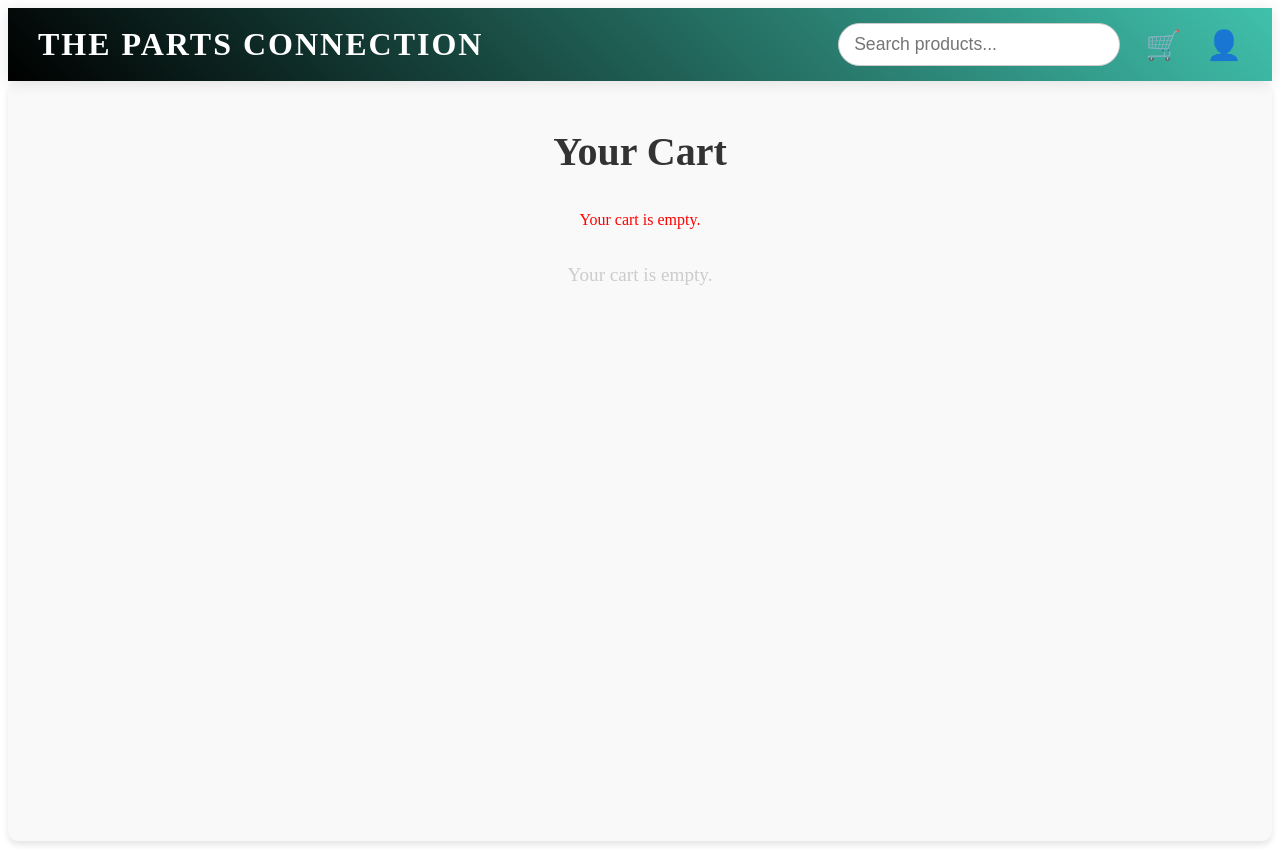
Repository: KalebMalone/The-parts-connection
Page: /cart (app in client/)
These files come from the project's save history. The page is drawn as it stood at one moment and after the next save; the edit follows.
The browser window is 1280 px wide. The pictures show the whole page.
The project was rebuilt for these pictures with package versions that can differ from the ones it lists, and the page was loaded fresh each time. Also part of the build but not shown: client/src/components/pages/Home.js, client/src/components/category/CategoriesList.jsx, client/src/components/category/CategoryDetails.jsx, client/src/components/category/CategoryProducts.jsx, client/src/components/products/ProductsCard.jsx, client/src/components/products/ProductsContainer.jsx, client/src/components/products/ProductsList.jsx, client/src/components/products/ProductsDetails.jsx and 2 more.

Above is the page before, as saved 2025-01-02 23:13:51.

### client/src/routes/index.js
import { createBrowserRouter } from 'react-router-dom';
import Home from '../components/pages/Home';
import CategoriesList from '../components/category/CategoriesList';
import CategoryDetails from '../components/category/CategoryDetails';
import CategoryProducts from '../components/category/CategoryProducts';
import ProductsList from '../components/products/ProductsList';
import ProductDetails from '../components/products/ProductsDetails';
import App from '../App';
import Profile from '../components/users/profile';
import Registration from '../components/auth/Registration';
import Cart from '../components/cart/Cart';

export const router = createBrowserRouter([
    {
        path: "/",
        element: <App />,
        children: [
            {
                index: true,
                element: <Home />,
            },
            {
                path: "categories",
                element: <CategoriesList />,
            },
            {
                path: "categories/:categoryId",
                element: <CategoryDetails />,
            },
            {
                path: "categories/:categoryId/products",
                element: <CategoryProducts />,
            },
            {
                path: "search",
                element: <ProductsList />,
            },
            {
                path: "products/:productId",
                element: <ProductDetails />,
            },
            {
                path: "profile",
                element: <Profile />,
            },
            {
                path: "signup",
                element: <Registration />,
            },
            {
                path: "cart",
                element: <Cart />,
            },
        ],
    },
]);

### client/src/App.js
import React, { useState, useEffect } from 'react';
import { CartProvider } from './contexts/CartContext';
import Header from './components/navigation/Header';
import { Toaster } from 'react-hot-toast';
import { Outlet } from 'react-router-dom';

function App() {
  const [currentUser, setCurrentUser] = useState(null);


  useEffect(() => {
    const savedUser = localStorage.getItem('currentUser');
    if (savedUser) {
      setCurrentUser(JSON.parse(savedUser));
    }
  }, []);

  const updateUser = (value) => {
    setCurrentUser(value);
    if (value) {
      localStorage.setItem('currentUser', JSON.stringify(value));
    } else {
      localStorage.removeItem('currentUser');
    }
  };

  return (
    <CartProvider>
      <Header currentUser={currentUser} updateUser={updateUser} />
      <Toaster />
      <Outlet context={{ currentUser, updateUser }} />
    </CartProvider>
  );
}

export default App;

### client/src/components/cart/Cart.jsx
import React, { useEffect, useState } from 'react';
import { useCart } from '../../contexts/CartContext';
import styled from 'styled-components';

const CartContainer = styled.div`
  display: flex;
  flex-direction: column;
  align-items: center;
  padding: 20px;
  background-color: #f9f9f9;
  min-height: 100vh;
  border-radius: 10px;
  box-shadow: 0 4px 6px rgba(0, 0, 0, 0.1);
`;

const CartTitle = styled.h1`
  font-size: 2.5rem;
  color: #333;
  margin-bottom: 20px;
`;

const CartCard = styled.div`
  background-color: white;
  border-radius: 8px;
  box-shadow: 0 4px 6px rgba(0, 0, 0, 0.1);
  margin-bottom: 20px;
  padding: 20px;
  width: 100%;
  max-width: 800px;
  display: flex;
  flex-direction: column;
`;

const CartItem = styled.div`
  display: flex;
  justify-content: space-between;
  align-items: center;
  padding: 15px 0;
  border-bottom: 1px solid #ddd;
`;

const CartItemName = styled.div`
  font-size: 1.2rem;
  color: #333;
  flex: 1;
`;

const CartItemPriceQuantityWrapper = styled.div`
  display: flex;
  justify-content: space-between;
  align-items: center;
`;

const CartItemPrice = styled.div`
  font-size: 1.2rem;
  color:rgb(255, 255, 255);
`;

const CartItemQuantity = styled.div`
  font-size: 1.2rem;
  color: #555;
`;

const RemoveButton = styled.button`
  padding: 5px 10px;
  font-size: 0.8rem;
  background-color: #e74c3c;
  color: white;
  border: none;
  border-radius: 4px;
  cursor: pointer;
  transition: background-color 0.3s;
  &:hover {
    background-color: #c0392b;
  }
`;

const TotalPrice = styled.div`
  font-size: 1.5rem;
  font-weight: bold;
  color: #333;
  margin-top: 20px;
  text-align: right;
`;

const CheckoutButton = styled.button`
  padding: 12px 30px;
  font-size: 1rem;
  background-color:rgb(64, 193, 172);
  color: white;
  border: none;
  border-radius: 6px;
  cursor: pointer;
  transition: background-color 0.3s;
  &:hover {
    background-color:rgb(64, 193, 172);
  }
`;

const EmptyCartMessage = styled.p`
  font-size: 1.2rem;
  color: #ccc;
  text-align: center;
`;

const Cart = () => {
  const { cartItems, removeFromCart, clearCart, totalPrice } = useCart();
  const [error, setError] = useState(null);
  const [success, setSuccess] = useState(false);

  const handleCheckout = async () => {
  };

  useEffect(() => {
    if (cartItems.length === 0) {
      setError('Your cart is empty.');
    }
  }, [cartItems]);

  return (
    <CartContainer>
      <CartTitle>Your Cart</CartTitle>
      {error && <p style={{ color: 'red' }}>{error}</p>}
      {success && <p style={{ color: 'green' }}>Order created successfully!</p>}
      {cartItems.length === 0 ? (
        <EmptyCartMessage>Your cart is empty.</EmptyCartMessage>
      ) : (
        <CartCard>
          {cartItems.map((item) => (
            <CartItem key={item.id}>
              <CartItemName>{item.name}</CartItemName>
              <CartItemPriceQuantityWrapper>
                <CartItemPrice>${item.price}</CartItemPrice>
                <CartItemQuantity>Qty: {item.quantity}</CartItemQuantity>
              </CartItemPriceQuantityWrapper>
              <RemoveButton onClick={() => removeFromCart(item.id)}>Remove</RemoveButton>
            </CartItem>
          ))}
          <TotalPrice>Total: ${totalPrice}</TotalPrice>
          <CheckoutButton onClick={handleCheckout}>Proceed to Checkout</CheckoutButton>
        </CartCard>
      )}
    </CartContainer>
  );
};

export default Cart;

### client/src/contexts/CartContext.js
import React, { createContext, useState, useEffect, useContext } from 'react';

const CartContext = createContext();

export const useCart = () => {
    return useContext(CartContext);
};

export const CartProvider = ({ children }) => {
    const [cartItems, setCartItems] = useState([]);
    const [totalPrice, setTotalPrice] = useState(0);

    useEffect(() => {
        const savedCart = localStorage.getItem('cartItems');
        if (savedCart) {
            setCartItems(JSON.parse(savedCart));
        }
    }, []);

    useEffect(() => {
        const calculatedTotalPrice = cartItems.reduce(
            (acc, item) => acc + item.price * item.quantity,
            0
        );
        setTotalPrice(calculatedTotalPrice);

        if (cartItems.length > 0) {
            localStorage.setItem('cartItems', JSON.stringify(cartItems));
        }
    }, [cartItems]);

    const addToCart = (item) => {
        setCartItems((prevCart) => {
            const existingItem = prevCart.find((i) => i.id === item.id);
            if (existingItem) {
                return prevCart.map((i) =>
                    i.id === item.id ? { ...i, quantity: i.quantity + 1 } : i
                );
            } else {
                return [...prevCart, { ...item, quantity: 1 }];
            }
        });
    };

    const removeFromCart = (itemId) => {
        setCartItems((prevCart) => prevCart.filter((item) => item.id !== itemId));
    };

    const clearCart = () => {
        setCartItems([]);
        localStorage.removeItem('cartItems');
    };

    return (
        <CartContext.Provider value={{ cartItems, addToCart, removeFromCart, clearCart, totalPrice }}>
            {children}
        </CartContext.Provider>
    );
};

### client/src/components/navigation/Header.js
import React, { useState } from 'react';
import { Link, useNavigate } from 'react-router-dom';
import styled from 'styled-components';

const Navbar = styled.nav`
  position: sticky; /* Make the navbar sticky */
  top: 0; /* Stick it to the top of the page */
  display: flex;
  justify-content: space-between;
  align-items: center;
  padding: 15px 30px;
  background: linear-gradient(45deg, rgb(0, 0, 0), rgb(64, 193, 172)); /* Gradient background */
  color: white;
  z-index: 1000; /* Ensure the navbar stays on top of other content */
  box-shadow: 0 2px 15px rgba(0, 0, 0, 0.1); /* Add a bolder shadow */
  transition: background 0.3s ease-in-out; /* Smooth transition for background */
`;

const Logo = styled(Link)`
  font-size: 2rem;
  font-weight: bold;
  color: white;
  text-decoration: none;
  letter-spacing: 2px;
  text-transform: uppercase;

  &:hover {
    color: rgb(64, 193, 172); /* Change color on hover */
    transform: scale(1.1); /* Slight zoom effect */
    transition: transform 0.3s ease, color 0.3s ease;
  }
`;

const NavLinks = styled.div`
  display: flex;
  align-items: center;
  gap: 25px;
`;

const Icon = styled(Link)`
  font-size: 1.8rem;
  cursor: pointer;
  transition: transform 0.3s ease, color 0.3s ease;
  text-decoration: none;
  color: white;

  &:hover {
    color: #ffeb3b; /* Icon color change on hover */
    transform: scale(1.2); /* Slight zoom effect */
  }
`;

const SearchBar = styled.input`
  padding: 10px 15px;
  font-size: 1.1rem;
  border-radius: 50px;
  border: 1px solid #ccc;
  width: 250px;
  transition: border-color 0.3s ease, box-shadow 0.3s ease;
  outline: none;

  &:focus {
    border-color: #ffeb3b; /* Focus border color */
    box-shadow: 0 0 5px rgba(255, 235, 59, 0.7); /* Glow effect on focus */
  }
`;

const LogoutButton = styled.button`
  padding: 8px 15px; /* Reduced padding */
  font-size: 1rem; /* Slightly smaller font size */
  background-color: #e74c3c;
  color: white;
  border: none;
  border-radius: 50px;
  cursor: pointer;
  transition: background-color 0.3s ease, transform 0.3s ease;
  text-transform: uppercase;

  &:hover {
    background-color: #c0392b;
    transform: scale(1.05);
  }

  &:focus {
    outline: none;
  }
`;

const Header = ({ currentUser, updateUser }) => {
  const [searchQuery, setSearchQuery] = useState('');
  const navigate = useNavigate();

  const handleSearchChange = (e) => {
    setSearchQuery(e.target.value);
  };

  const handleLogout = () => {
    localStorage.removeItem('currentUser');
    updateUser(null);
    navigate('/');
  };

  const handleProfileClick = () => {
    if (currentUser) {
      navigate('/profile');
    } else {
      navigate('/signup');
    }
  };

  return (
    <Navbar>
      <Logo to="/">The Parts Connection</Logo>
      <NavLinks>
        <SearchBar
          type="text"
          placeholder="Search products..."
          value={searchQuery}
          onChange={handleSearchChange}
        />
        <Icon to="/cart">🛒</Icon>
        <Icon as="div" onClick={handleProfileClick}>👤</Icon>
        {currentUser && <LogoutButton onClick={handleLogout}>Logout</LogoutButton>}
      </NavLinks>
    </Navbar>
  );
};


export default Header;

Loaded but not shown: client/public/index.html (common file); client/src/index.js (common file)

After the next save:
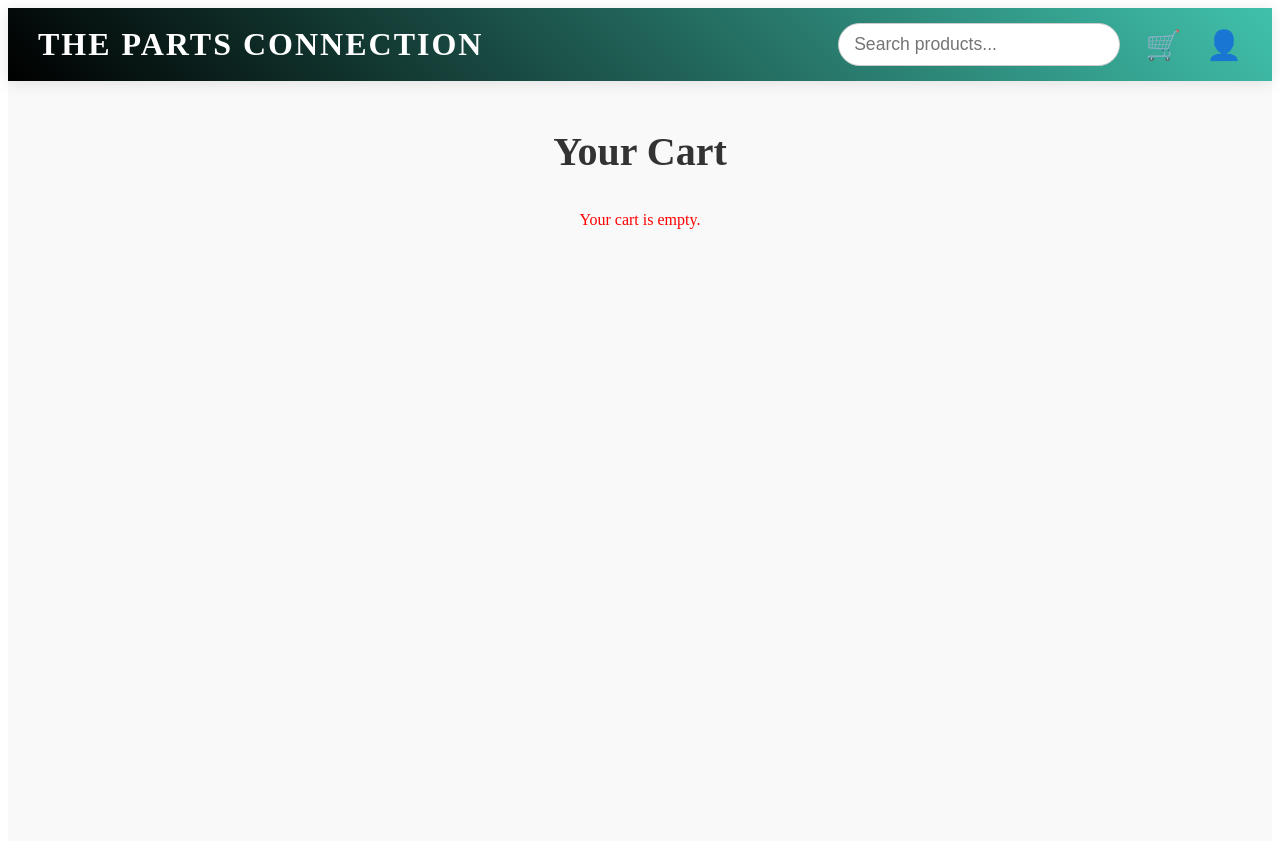
Saved 23 s later.
--- a/client/src/components/cart/Cart.jsx
+++ b/client/src/components/cart/Cart.jsx
@@ -9,8 +9,6 @@
   padding: 20px;
   background-color: #f9f9f9;
   min-height: 100vh;
-  border-radius: 10px;
-  box-shadow: 0 4px 6px rgba(0, 0, 0, 0.1);
 `;
 
 const CartTitle = styled.h1`
@@ -27,14 +25,11 @@
   padding: 20px;
   width: 100%;
   max-width: 800px;
-  display: flex;
-  flex-direction: column;
 `;
 
 const CartItem = styled.div`
   display: flex;
   justify-content: space-between;
-  align-items: center;
   padding: 15px 0;
   border-bottom: 1px solid #ddd;
 `;
@@ -42,18 +37,11 @@
 const CartItemName = styled.div`
   font-size: 1.2rem;
   color: #333;
-  flex: 1;
-`;
-
-const CartItemPriceQuantityWrapper = styled.div`
-  display: flex;
-  justify-content: space-between;
-  align-items: center;
 `;
 
 const CartItemPrice = styled.div`
   font-size: 1.2rem;
-  color:rgb(255, 255, 255);
+  color: #007bff;
 `;
 
 const CartItemQuantity = styled.div`
@@ -61,46 +49,25 @@
   color: #555;
 `;
 
-const RemoveButton = styled.button`
-  padding: 5px 10px;
-  font-size: 0.8rem;
-  background-color: #e74c3c;
-  color: white;
-  border: none;
-  border-radius: 4px;
-  cursor: pointer;
-  transition: background-color 0.3s;
-  &:hover {
-    background-color: #c0392b;
-  }
-`;
-
 const TotalPrice = styled.div`
   font-size: 1.5rem;
   font-weight: bold;
   color: #333;
   margin-top: 20px;
-  text-align: right;
 `;
 
 const CheckoutButton = styled.button`
   padding: 12px 30px;
   font-size: 1rem;
-  background-color:rgb(64, 193, 172);
+  background-color: #28a745;
   color: white;
   border: none;
   border-radius: 6px;
   cursor: pointer;
   transition: background-color 0.3s;
   &:hover {
-    background-color:rgb(64, 193, 172);
+    background-color: #218838;
   }
-`;
-
-const EmptyCartMessage = styled.p`
-  font-size: 1.2rem;
-  color: #ccc;
-  text-align: center;
 `;
 
 const Cart = () => {
@@ -109,6 +76,45 @@
   const [success, setSuccess] = useState(false);
 
   const handleCheckout = async () => {
+    if (cartItems.length === 0) {
+      setError('Your cart is empty!');
+      return;
+    }
+
+    const orderData = {
+      items: cartItems.map((item) => ({
+        product_id: item.id,
+        quantity: item.quantity,
+        price_per_item: item.price,
+        total_price: item.price * item.quantity,
+      })),
+      total_price: totalPrice,
+    };
+
+    console.log('Order Data:', orderData);
+
+    try {
+      const response = await fetch('/api/v1/orders/create', {
+        method: 'POST',
+        headers: {
+          'Content-Type': 'application/json',
+        },
+        body: JSON.stringify(orderData),
+      });
+
+      const data = await response.json();
+      console.log('Backend Response:', data);
+
+      if (response.ok) {
+        clearCart();
+        setSuccess(true);
+      } else {
+        setError(data.error || 'Order creation failed.');
+      }
+    } catch (err) {
+      setError('An error occurred while processing your order.');
+      console.error(err);
+    }
   };
 
   useEffect(() => {
@@ -123,22 +129,22 @@
       {error && <p style={{ color: 'red' }}>{error}</p>}
       {success && <p style={{ color: 'green' }}>Order created successfully!</p>}
       {cartItems.length === 0 ? (
-        <EmptyCartMessage>Your cart is empty.</EmptyCartMessage>
+        <p></p>
       ) : (
-        <CartCard>
+        <div>
           {cartItems.map((item) => (
-            <CartItem key={item.id}>
-              <CartItemName>{item.name}</CartItemName>
-              <CartItemPriceQuantityWrapper>
+            <CartCard key={item.id}>
+              <CartItem>
+                <CartItemName>{item.name}</CartItemName>
+                <CartItemQuantity>Qty: {item.quantity}</CartItemQuantity>
                 <CartItemPrice>${item.price}</CartItemPrice>
-                <CartItemQuantity>Qty: {item.quantity}</CartItemQuantity>
-              </CartItemPriceQuantityWrapper>
-              <RemoveButton onClick={() => removeFromCart(item.id)}>Remove</RemoveButton>
-            </CartItem>
+                <button onClick={() => removeFromCart(item.id)}>Remove</button>
+              </CartItem>
+            </CartCard>
           ))}
           <TotalPrice>Total: ${totalPrice}</TotalPrice>
           <CheckoutButton onClick={handleCheckout}>Proceed to Checkout</CheckoutButton>
-        </CartCard>
+        </div>
       )}
     </CartContainer>
   );
